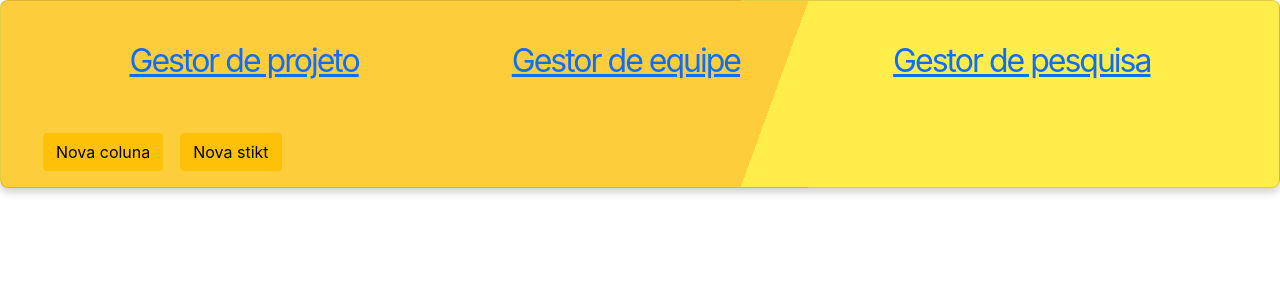
Repository: shadowruge/kanban
Page: index.html
The author's editor kept a copy of each file at every save. The page is drawn from the files as they stood at one save, then again after the next save.
The browser window is 1280 px wide. The pictures show the whole page.

Above is the page before, as saved 2021-06-12 20:00:10.

### index.html
<!DOCTYPE html>
<html lang="en">
  <head>
    <meta charset="UTF-8" />
    <meta http-equiv="X-UA-Compatible" content="IE=edge" />
    <meta name="viewport" content="width=device-width, initial-scale=1.0" />
    <script src="https://cdn.jsdelivr.net/npm/@popperjs/core@2.9.2/dist/umd/popper.min.js" integrity="sha384-IQsoLXl5PILFhosVNubq5LC7Qb9DXgDA9i+tQ8Zj3iwWAwPtgFTxbJ8NT4GN1R8p" crossorigin="anonymous"></script>
<script src="https://cdn.jsdelivr.net/npm/bootstrap@5.0.1/dist/js/bootstrap.min.js" integrity="sha384-Atwg2Pkwv9vp0ygtn1JAojH0nYbwNJLPhwyoVbhoPwBhjQPR5VtM2+xf0Uwh9KtT" crossorigin="anonymous"></script>

    <script src="https://cdn.jsdelivr.net/npm/bootstrap@5.0.1/dist/js/bootstrap.bundle.min.js" integrity="sha384-gtEjrD/SeCtmISkJkNUaaKMoLD0//ElJ19smozuHV6z3Iehds+3Ulb9Bn9Plx0x4" crossorigin="anonymous"></script>
    <link href="https://cdn.jsdelivr.net/npm/bootstrap@5.0.1/dist/css/bootstrap.min.css" rel="stylesheet" integrity="sha384-+0n0xVW2eSR5OomGNYDnhzAbDsOXxcvSN1TPprVMTNDbiYZCxYbOOl7+AMvyTG2x" crossorigin="anonymous">
    <link rel="stylesheet" href="style.css" />
    <script src="index.js"></script>
    <title id="Description">Shadow Kanban</title>
  </head>
  <body>
    <div class="card-holder">
  <div class="card bg-gold">
    <nav class="nav">
      <p><a href="#">Gestor de projeto</a></p>
      <p><a href="#">Gestor de equipe</a></p>
      <p><a href="#">Gestor de pesquisa</a></p>
    </nav>
    <!--botão-->

  <button type="button" class="btn btn-warning">Nova coluna</button>

  <button type="button" class="btn btn-warning">Nova stikt</button>
  <div class="Linha" style="width:600px;">
    <!-- RECEBE DIVS DINAMICAS -->
    </div>
  </div>

  </div>
  </body>
  <script>

  </script>
</html>

### style.css
* {
  margin: 0;
  padding: 0;
  border: 0;
}

header{
  background-color:white;
}

.body {
  font-size: 15px;
}


.card {
  font-family: -apple-system, BlinkMacSystemFont, 'Open Sans', sans-serif;
  font-size: 2em;
  font-weight: ;
  height: 4em;
  width: 64em;
  padding: 0.5em 1em;
  border-radius: 0.25em;
  display: table-cell;
  vertical-align: middle;
  letter-spacing: -2px;
  box-shadow: 0 4px 8px 0 rgba(0,0,0,0.2);
}

.bg-gold {
  background: -webkit-linear-gradient(110deg, #fdcd3b 60%, #ffed4b 60%);
  background: -o-linear-gradient(110deg, #fdcd3b 60%, #ffed4b 60%);
  background: -moz-linear-gradient(110deg, #fdcd3b 60%, #ffed4b 60%);
  background: linear-gradient(110deg, #fdcd3b 60%, #ffed4b 60%);
}


#kanban {

  width: 97%;
  color: white;
  text-align: center;
  display: flex;
  flex-wrap: wrap;
}

.nav {

  padding: 20px;
  display: flex;
  justify-content: space-around;
  flex-wrap: wrap;
}

.ideias,
.pesquisa,
.progresso,
.testes,
.pronto {
  margin-top: 5px;
  margin-left: auto;
}

.membros,
.membros-lideres {
  margin-left: 150px;
}

.d-flex {
  display: flex !important;
}

.flex-column {
  flex-direction: column !important;
}

.board {
  padding: 20px;
}

.board-column {
  margin-left: 20px;
}

.column-body {
  margin-top: 2em;
}

.card textarea {
  resize: none;
}

.sticker {
  width: 180px;
  height: 180px;
  }

  button {
  margin-top: 10px;
  margin-left: 10px;
  }

### index.js
function dragStartHandler(ev) {
  ev.dataTransfer.setData("application/my-app", ev.target.id);
  ev.dataTransfer.effectAllowed = "move";
}

function dragCardStart(e) {
  console.log(e);
}

function dragOvertHandler(ev) {
  ev.preventDefault();
  ev.dataTransfer.dropEffect = "move";
}

function dropHandler(ev) {
  ev.preventDefault();
  const data = ev.dataTransfer.getData("application/my-app");
  ev.target.appendChild(document.getElementById(data));
}

function handleInputKeys({ key }) {
  switch (key) {
    case "Enter":
      break;

    default:
      break;
  }
}

const onInputClick = (e) => {
  e.preventDefault();
  e.stopPropagation();
  e.target.disabled = false;
  e.target.focus();
};

const onInputLostFocus = (e) => {
  console.log(e);
  e.target.disabled = true;
};

function addNewCard(e) {
  //   console.log(e);
  //   console.log(column);
  //   console.log(body);
  //   console.log(body.children);
  //   console.log(body.children[0].getAttributeNames());
  const [, , , column] = e.path;
  const [, body] = column.children;
  const addButton = body.children[body.children.length - 1];
  const card = document.createElement("div");
  const input = document.createElement("textarea");
  input.cols = 30;
  input.rows = 10;
  input.disabled = true;
  card.appendChild(input);
  card.classList.add("card");
  card.draggable = "true";
  card.addEventListener("click", onInputClick);
  card.addEventListener("focusout", onInputLostFocus);
  card.addEventListener("dragstart", dragCardStart);
  body.removeChild(addButton);
  body.appendChild(card);
  body.appendChild(addButton);
}

After the next save:
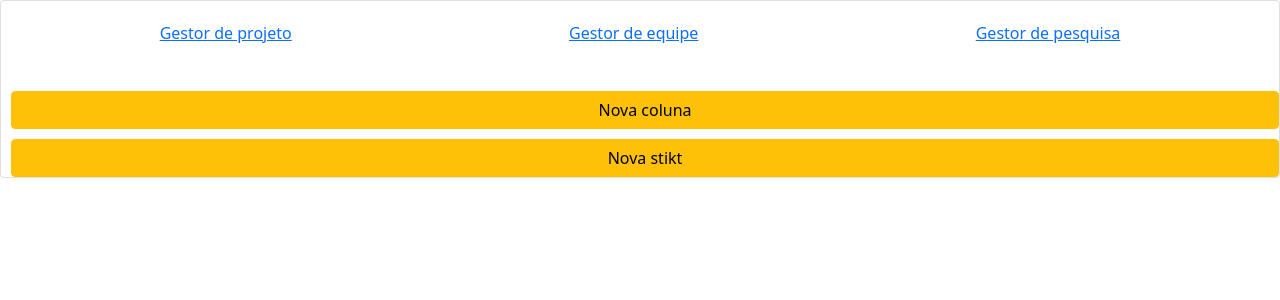
Saved 34 s later.
--- a/style.css
+++ b/style.css
@@ -6,32 +6,6 @@
 
 header{
   background-color:white;
-}
-
-.body {
-  font-size: 15px;
-}
-
-
-.card {
-  font-family: -apple-system, BlinkMacSystemFont, 'Open Sans', sans-serif;
-  font-size: 2em;
-  font-weight: ;
-  height: 4em;
-  width: 64em;
-  padding: 0.5em 1em;
-  border-radius: 0.25em;
-  display: table-cell;
-  vertical-align: middle;
-  letter-spacing: -2px;
-  box-shadow: 0 4px 8px 0 rgba(0,0,0,0.2);
-}
-
-.bg-gold {
-  background: -webkit-linear-gradient(110deg, #fdcd3b 60%, #ffed4b 60%);
-  background: -o-linear-gradient(110deg, #fdcd3b 60%, #ffed4b 60%);
-  background: -moz-linear-gradient(110deg, #fdcd3b 60%, #ffed4b 60%);
-  background: linear-gradient(110deg, #fdcd3b 60%, #ffed4b 60%);
 }
 
 
